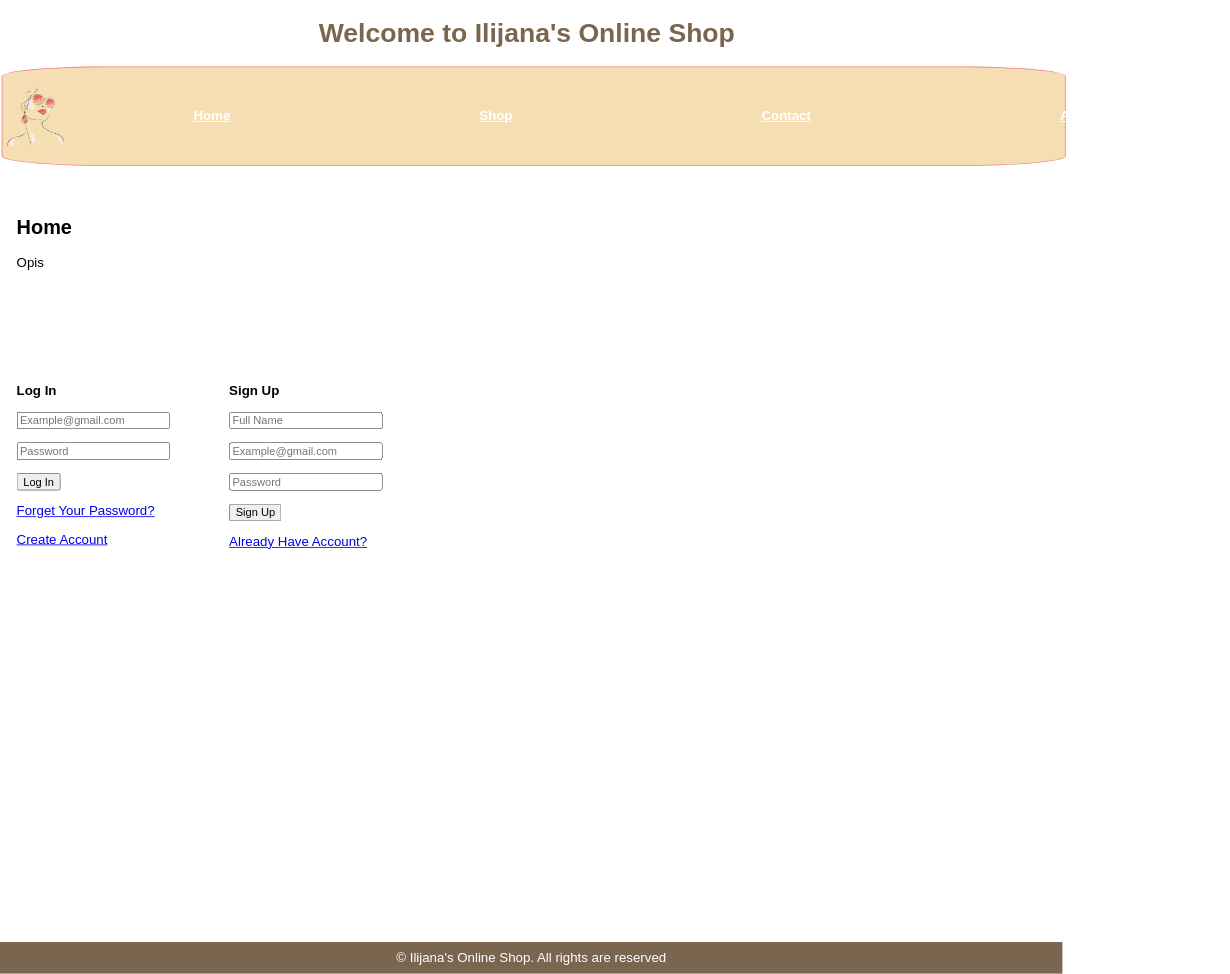
Repository: ilijana123/Proekt1
Page: html.html
These files come from the project's save history. The page is drawn as it stood at one moment and after the next save; the edit follows.
The browser window is 1280 px wide. The page is 1482 px wide, so the pictures cover 1482 px, including what lies to the right of the window. The pictures show the whole page, at 83% of full size.

Above is the page before, as saved 2023-11-13 02:19:01.

After the next save:
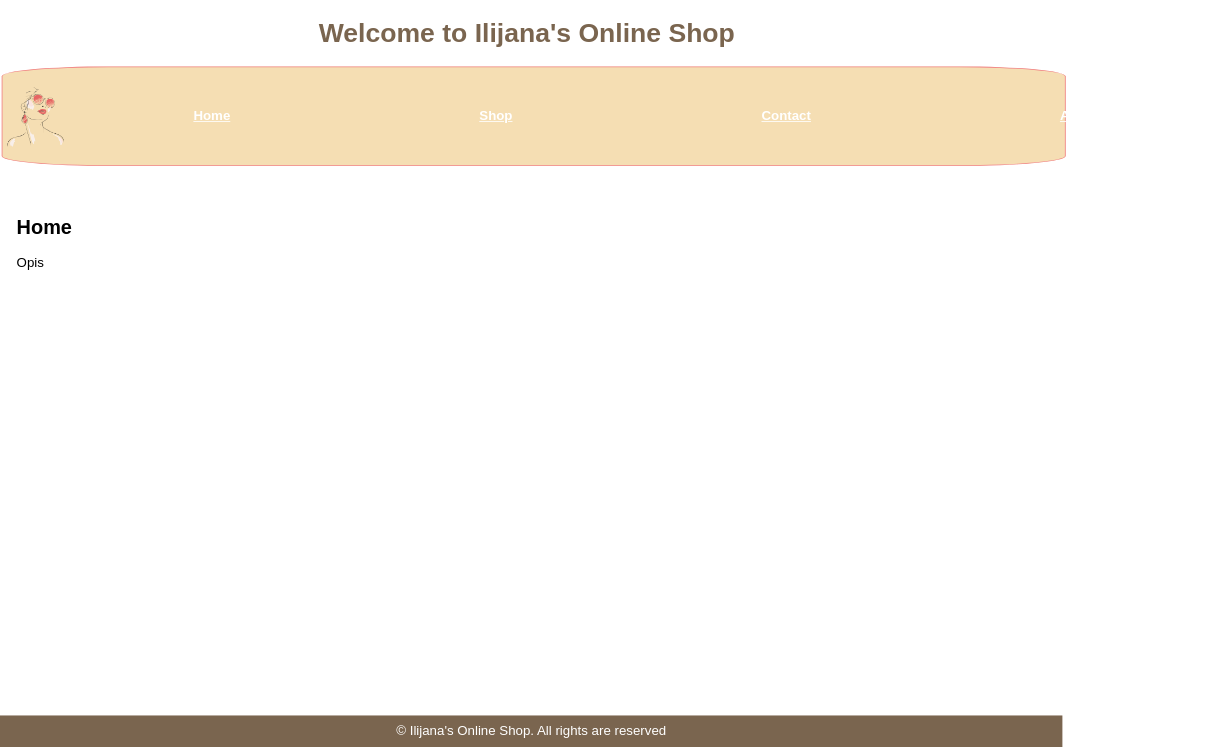
Saved 68 s later.
--- a/1.css
+++ b/1.css
@@ -69,13 +69,118 @@ h1  {
         height: 80px;
         margin-top: 20px;
     }
-    .form {
-        display: flex;
+
+.form{
+    width:100%;
+    height: 100%;
+    position: fixed;
+    top: 0px;
+    left: 0px;
+    background-color: rgba(0,0,0,0.2);
+    display: flex;
+    justify-content: center;
+    align-items: center;
+    flex-direction: column;
+    z-index: 102;
+}
+.login-form,
+.sign-up-form{
+    width:420px;
+    padding: 20px 10px;
+    background-color: #ffffff;
+    box-shadow: 2px 2px 30px rgba(0,0,0,0.1);
+    display: flex;
+    justify-content: center;
+    align-items: center;
+    flex-direction: column;
+    border-radius: 5px;
+    position: relative;
+
+}
+.login-form form,
+.sign-up-form form{
+    display: flex;
+    justify-content: center;
+    align-items: center;
+    flex-direction: column;
+    width: 100%;
+}
+.login-form strong,
+.sign-up-form strong{
+    color: #272727;
+    font-size: 2rem;
+    margin: 2px 7px 7px 7px;
+    text-transform: uppercase;
+    letter-spacing: 0.5px;
+    font-weight: 500;
+}
+.login-form input,
+.sign-up-form input{
+    width:90%;
+    height: 45px;
+    margin: 6px 0px;
+    padding: 0px 10px;
+    border: 1px solid rgba(0,0,0,0.1);
+    outline: none;
+    border-radius: 7px;
+}
+.login-form input::placeholder,
+.sign-up-form input::placeholder{
+    color: rgba(0,0,0,0.5);
+}
+.login-form input[type="submit"],
+.sign-up-form input[type="submit"]{
+    background-color: #0b9d8a;
+    color: #ffffff;
+    border: none;
+    outline: none;
+    text-transform: uppercase;
+    margin-top: 10px;
+    border-radius: 3px;
+    box-shadow: 2px 2px 30px rgba(0,0,0,0.1);
+}
+.form-btns{
+    width: 90%;
+    display: flex;
+    justify-content: space-between;
+    align-items: center;
+    margin-top: 10px;
+}
+.form-btns a{
+    color: #4d4d4d;
+    font-size: 0.9rem;
+}
+.sign-up-btn{
+    border-bottom: 1px solid #868686;
+    line-height: 16px;
+}
+.form-cancel{
+    position: absolute;
+    right: 20px;
+    top: 10px;
+    color: #868686;
+}
+.login-form,
+.sign-up-form,
+.form{
+    display: none;
+}
+.login-active,
+.login-active .login-form{
+    display: flex;
+    animation: fade 0.3s;
+}
+
+.sign-up-active,
+.sign-up-active .sign-up-form{
+    display: flex;
+    animation: fade 0.3s;
+}
+@keyframes fade{
+    0%{
+        opacity: 0;
     }
-
-    .login-form,
-    .sign-up-form {
-        width: 20%;
-        padding: 20px;
-        box-sizing: border-box;
+    100%{
+        opacity: 1;
     }
+}
